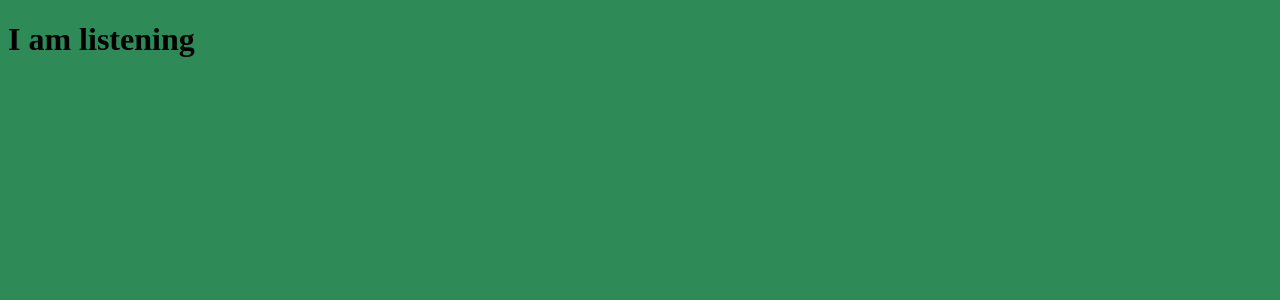
Repository: sinemgcmn/ImageBoard
Page: public/index.html
The author's editor kept a copy of each file at every save. The page is drawn from the files as they stood at one save, then again after a run of saves.
The browser window is 1280 px wide. The pictures show the whole page.

Above is the page before, as saved 2021-02-25 15:13:34.

### public/index.html
<!doctype html>
<html>
<head>
    <title>imageboard</title>
    <link rel="stylesheet" href="/style.css">
</head>
<body>
    <h1>I am listening</h1>
    <div id="main">

    </div>
    <script src="/js/vue.js"></script>
    <script src="/js/axios.min.js"></script>
    <script src="/js/script.js"></script>
</body>
</html>

### public/style.css
body {
    background-color: seagreen;
}

### public/js/script.js
console.log("sanity check");

new Vue({
    el: "#main",
    data: {
        name: "Irn Bru",
    },
});

Loaded but not shown: public/js/vue.js (library); public/js/axios.min.js (library)

After the next 2 saves:
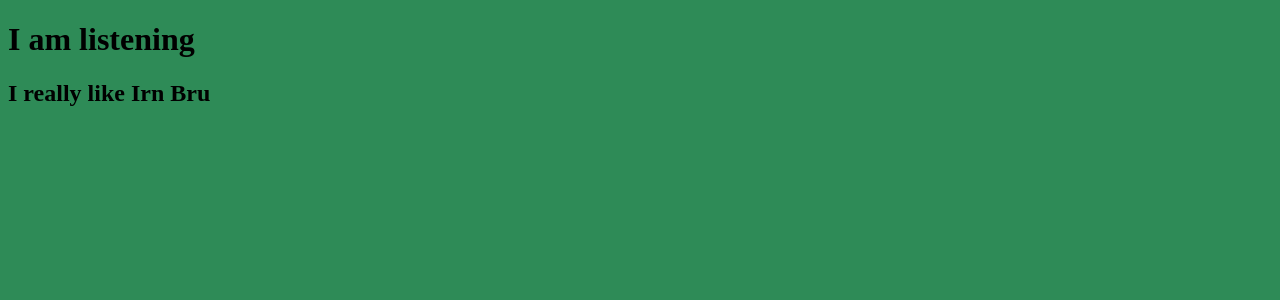
The 2 saves are shown as one change because they came seconds apart.
The last was saved 31 s later.
--- a/public/index.html
+++ b/public/index.html
@@ -7,7 +7,7 @@
 <body>
     <h1>I am listening</h1>
     <div id="main">
-
+        <h2>I really like {{name}}</h2>
     </div>
     <script src="/js/vue.js"></script>
     <script src="/js/axios.min.js"></script>
